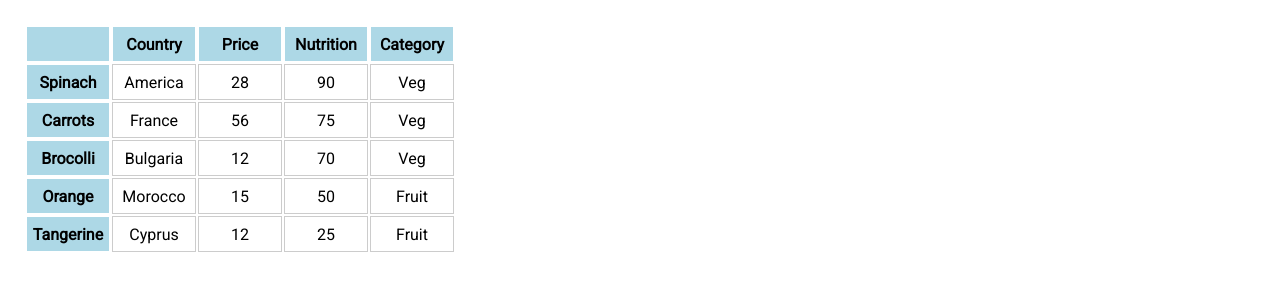
Repository: SOliv1/write-first-jquery-script
Page: index.html
The author's editor kept a record of every edit. The page is drawn from the files as they stood at one moment, then again after the next edit.
The browser window is 1280 px wide. The pictures show the whole page.

Above is the page before.
Console error: SyntaxError: Unexpected identifier 'css'

After the next edit:
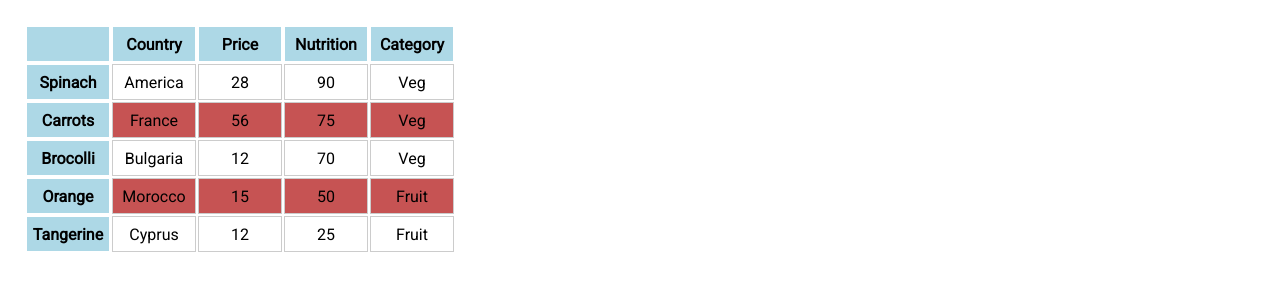
The error is gone.
The edit:
--- a/my_script.js
+++ b/my_script.js
@@ -1,6 +1,5 @@
 $(document).ready(function() {
-
-    $("h2")css("text decoration, umderline");
+    $("t").addClass("odd");
 
     $("tr:even").addClass("even");
 
